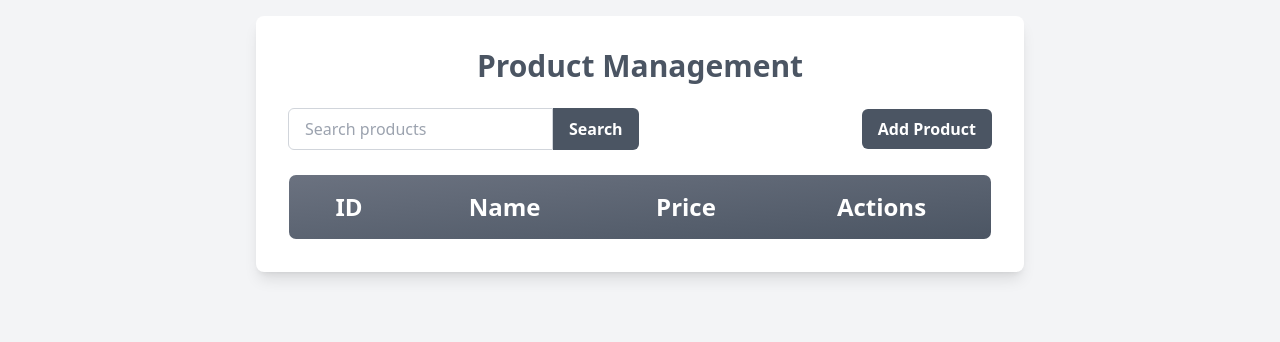
Repository: shaafsalman/product-Management-MERN
Page: /offline-home (app in frontend/)
An editor plug-in stored every save of this project. The page is shown before and after the next save, followed by the edit.
The browser window is 1280 px wide. The pictures show the whole page.
The page's requests for data from a server got no answer. The project was rebuilt for these pictures with package versions that can differ from the ones it lists, and the page was loaded fresh each time. No one was signed in, and anything a server would have sent is missing. Also part of the build but not shown: frontend/vite.config.js, frontend/src/Cards/messageCard.jsx, frontend/src/Pages/Login.jsx, frontend/src/Pages/SighnUp.jsx, frontend/src/Pages/NoPage.jsx, frontend/src/Pages/AddProduct.jsx, frontend/src/Pages/UpdateProduct.jsx, frontend/src/Pages/Home.jsx and 2 more.

Above is the page before, as saved 2024-05-15 20:59:00.

After the next save:
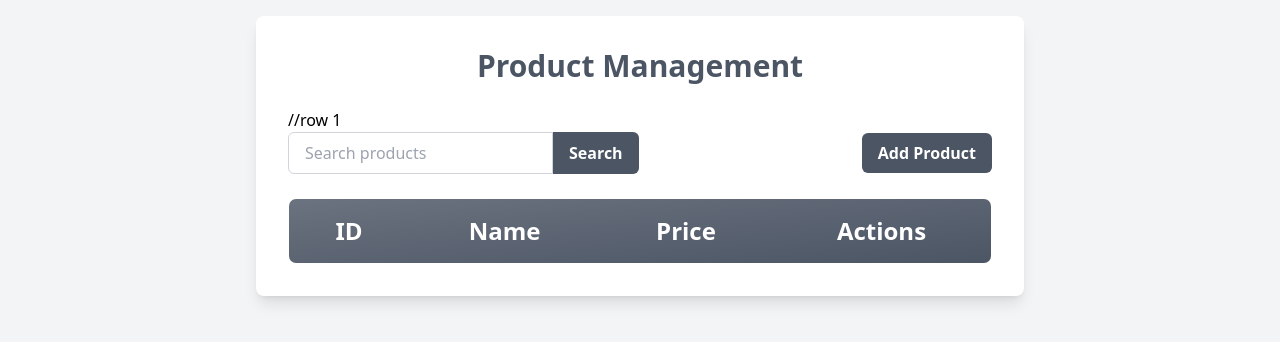
Saved 27 s later.
--- a/frontend/src/Pages/offlineHome.jsx
+++ b/frontend/src/Pages/offlineHome.jsx
@@ -100,6 +100,10 @@
       )}
       <div className="w-full max-w-screen-md bg-white shadow-lg rounded-lg p-8">
         <h1 className="text-3xl font-bold mb-6 text-gray-600 text-center md:text-center">Product Management</h1>
+
+
+
+        //row 1
         <div className="flex flex-col md:flex-row items-center justify-between mb-6 space-y-4 md:space-y-0">
           <div className="flex w-full md:w-auto">
             <input
@@ -123,6 +127,10 @@
             Add Product
           </button>
         </div>
+
+
+
+
         <table className="w-full border-collapse border border-gray-300 rounded-lg overflow-hidden">
           <thead>
             <tr className="bg-gradient-to-br from-gray-500 to-gray-600 text-white text-lg md:text-2xl">

After the save that followed:
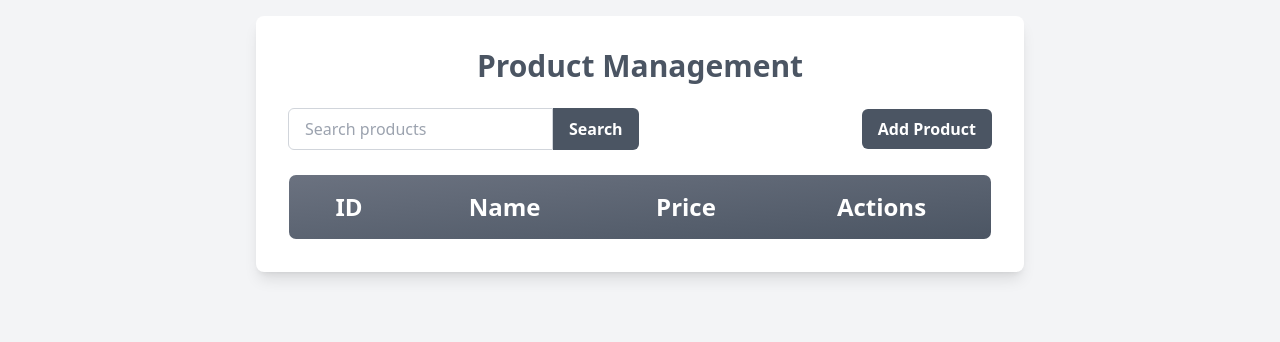
Saved 13 s later.
--- a/frontend/src/Pages/offlineHome.jsx
+++ b/frontend/src/Pages/offlineHome.jsx
@@ -103,7 +103,7 @@
 
 
 
-        //row 1
+        {/* row 1 */}
         <div className="flex flex-col md:flex-row items-center justify-between mb-6 space-y-4 md:space-y-0">
           <div className="flex w-full md:w-auto">
             <input
@@ -130,7 +130,7 @@
 
 
 
-
+        {/* table */}
         <table className="w-full border-collapse border border-gray-300 rounded-lg overflow-hidden">
           <thead>
             <tr className="bg-gradient-to-br from-gray-500 to-gray-600 text-white text-lg md:text-2xl">
